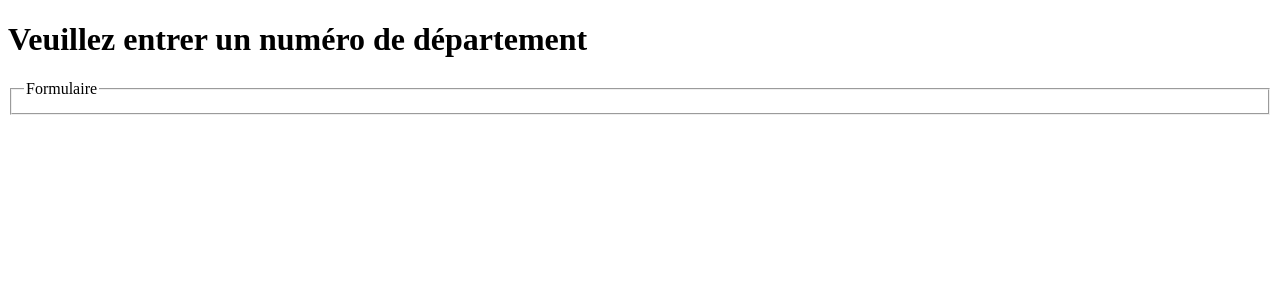
Repository: N4i4de/Proxibanque2
Page: TPJSPServletMVC/WebContent/index.html
These files come from the project's save history. The page is drawn as it stood at one moment and after the next save; the edit follows.
The browser window is 1280 px wide. The pictures show the whole page.

Above is the page before, as saved 2018-03-30 08:13:14.

### TPJSPServletMVC/WebContent/index.html
<!DOCTYPE html>
<html>
<head>
<meta charset="ISO-8859-1">
<title>entrer un numero de departement</title>
</head>
<body>
<h1>Veuillez entrer un numéro de département</h1>

<fieldset>
<legend>Formulaire</legend>
<form action="ShowDept" method="get">

</form>
</fieldset>

</body>
</html>

After the next save:
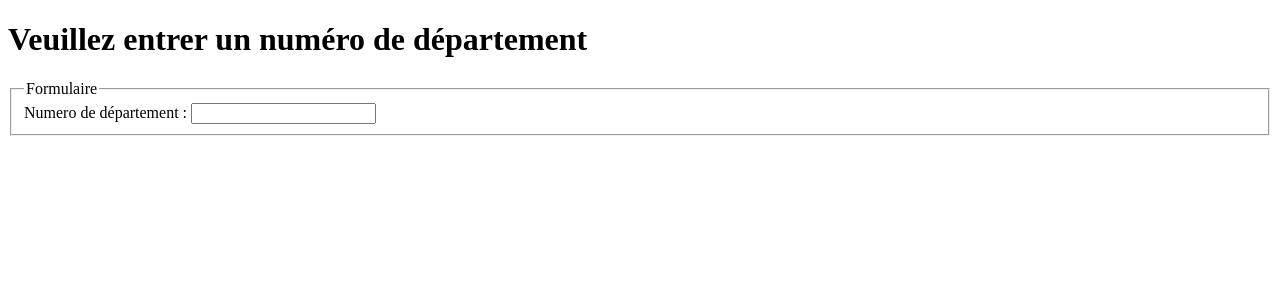
Saved 33 s later.
--- a/TPJSPServletMVC/WebContent/index.html
+++ b/TPJSPServletMVC/WebContent/index.html
@@ -10,7 +10,7 @@
 <fieldset>
 <legend>Formulaire</legend>
 <form action="ShowDept" method="get">
-
+Numero de département : <input type="text"
 </form>
 </fieldset>
 
